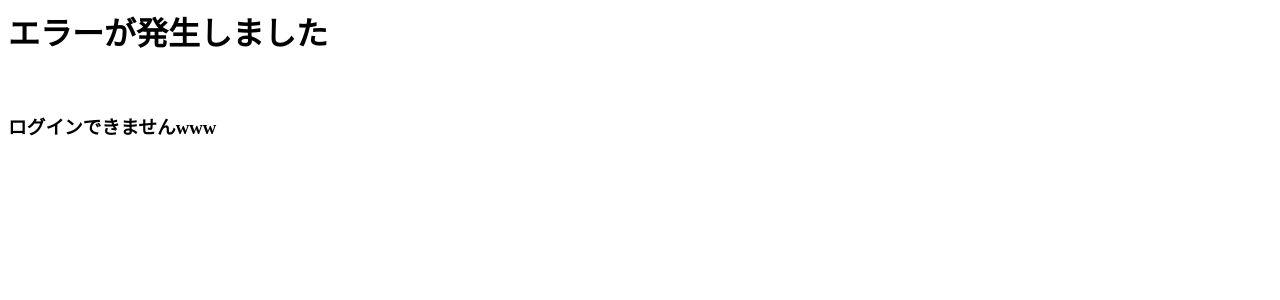
Repository: user-yo-yo/test
Page: http://localhost/WebProj2/loginError.jsp
The author's editor kept a copy of each file at every save. The page is drawn from the files as they stood at one save, then again after the next save.
The browser window is 1280 px wide. The pictures show the whole page.
The page is served by Tomcat 9. Other server files are loaded and not shown.

Above is the page before, as saved 2019-02-22 07:59:29.

### WebProj2/WebContent/loginError.jsp
<%@ page language="java" contentType="text/html; charset=UTF-8"
    pageEncoding="UTF-8"%>
<!DOCTYPE>
<html>
<head>
<meta charset="UTF-8">
<title>LoginError</title>
</head>
<body>
	<h1>エラーが発生しました</h1>
	<br>
	<h3>ログインできませんwww</h3>
</body>
</html>

After the next save:
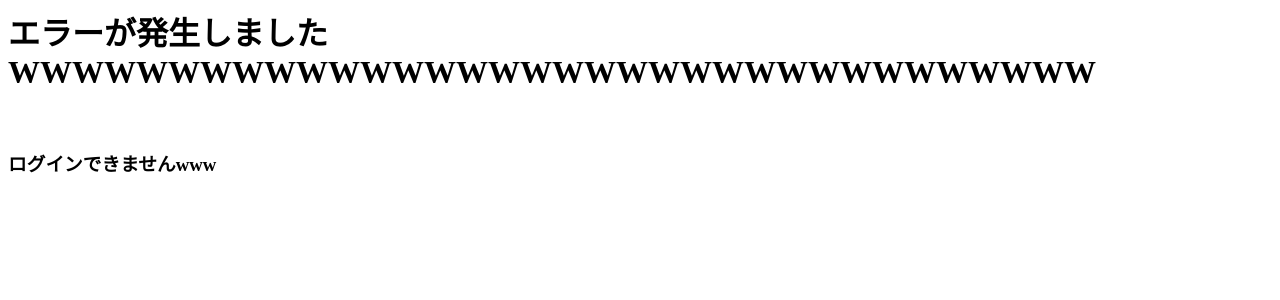
Saved 67 s later.
--- a/WebProj2/WebContent/loginError.jsp
+++ b/WebProj2/WebContent/loginError.jsp
@@ -7,7 +7,7 @@
 <title>LoginError</title>
 </head>
 <body>
-	<h1>エラーが発生しました</h1>
+	<h1>エラーが発生しましたWWWWWWWWWWWWWWWWWWWWWWWWWWWWWWWWWW</h1>
 	<br>
 	<h3>ログインできませんwww</h3>
 </body>
